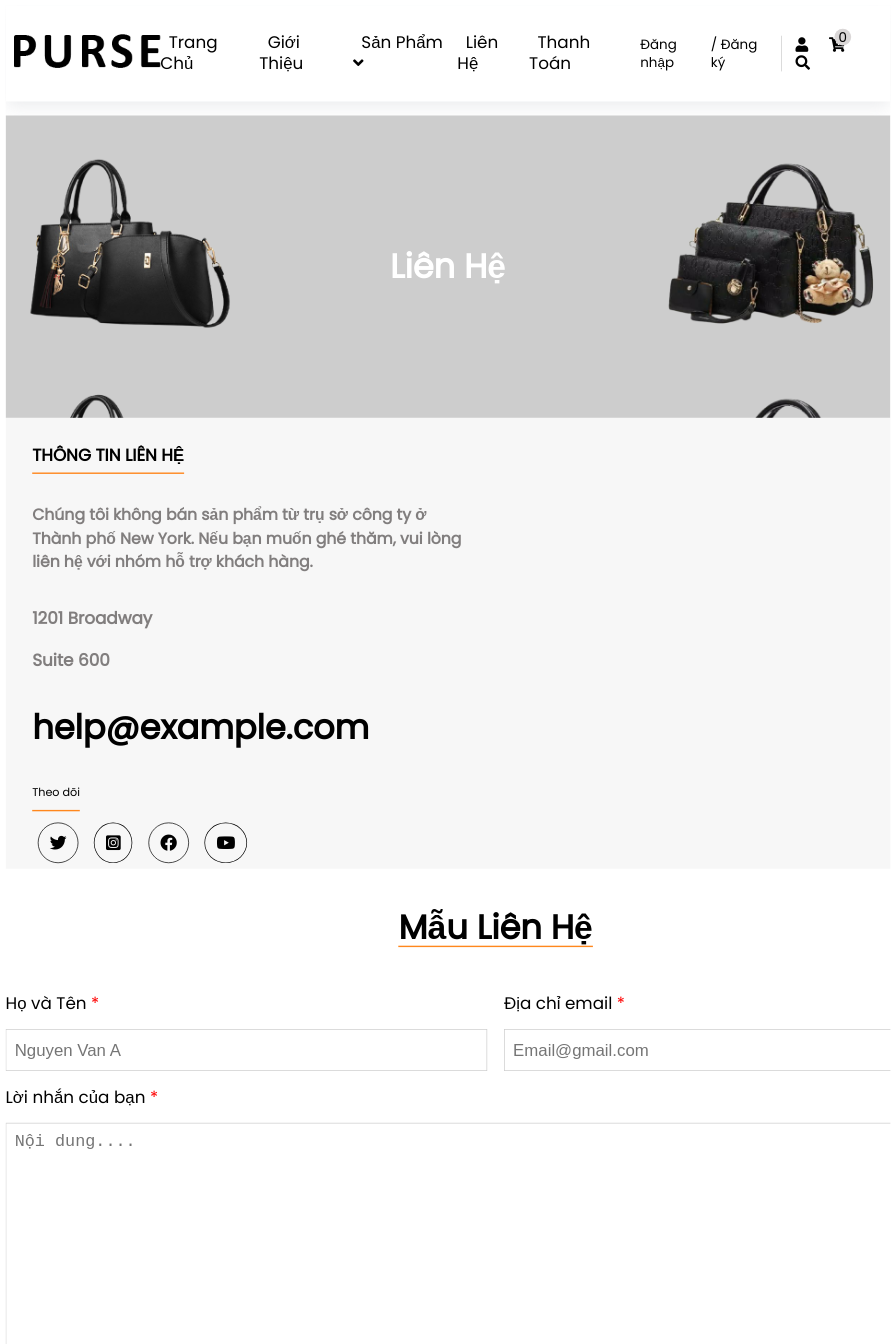
Repository: minh352623/project_firebase
Page: contact.html
The author's editor kept a copy of each file at every save. The page is drawn from the files as they stood at one save, then again after the next save.
The browser window is 1280 px wide. The pictures show the part of the page from y = 0 to 1920 px (the page is 2926 px tall before and 2952 px after), at 70% of full size.
Some web libraries are served in a nearby version.

Above is the page before, as saved 2022-05-12 20:03:02.

### contact.html
<!DOCTYPE html>
<html lang="en">

<head>
  <meta charset="UTF-8" />
  <meta http-equiv="X-UA-Compatible" content="IE=edge" />
  <meta name="viewport" content="width=device-width, initial-scale=1.0" />
  <link rel="icon" href="./assets/img/logo.webp">

  <link rel="stylesheet" href="https://cdnjs.cloudflare.com/ajax/libs/font-awesome/5.15.4/css/all.min.css"
    integrity="sha512-1ycn6IcaQQ40/MKBW2W4Rhis/DbILU74C1vSrLJxCq57o941Ym01SwNsOMqvEBFlcgUa6xLiPY/NS5R+E6ztJQ=="
    crossorigin="anonymous" referrerpolicy="no-referrer" />
  <link rel="preconnect" href="https://fonts.googleapis.com" />
  <link rel="preconnect" href="https://fonts.gstatic.com" crossorigin />
  <link href="https://fonts.googleapis.com/css2?family=Poppins&display=swap" rel="stylesheet" />
  <link rel="stylesheet" href="./assets/css/base.css" />
  <link rel="stylesheet" type="text/css" href="https://cdn.jsdelivr.net/npm/slick-carousel@1.8.1/slick/slick.css" />
  <link rel="stylesheet" href="./assets/css/main.css" />
  <link rel="stylesheet" href="./assets/css/contact.css">
  <link rel="stylesheet" href="./assets/css/reponsive.css">

  <title>Liên Hệ</title>
</head>

<body>
  <div class="app">
    <div class="header">
      <div class="navbar">
        <div class="icon-mobile-menu">
          <i class="fas fa-align-left"></i>
        </div>
        <div class="navbar-logo">
          <a href="#">
            <img src="./assets/img/logo.webp" alt="" />
          </a>
        </div>
        <div class="navbar-link ">
          <ul class="navbar-link-list">
            <li class="navbar-link-item mobile-hello"></li>

            <li><a href="trangchu.html" class="navbar-link-item">Trang Chủ</a></li>
            <li><a href="introduce.html" class="navbar-link-item">Giới Thiệu</a></li>
            <li class="link-hover">
              <a href="./product.html" class="navbar-link-item">Sản Phẩm<i class="fas fa-angle-down"></i></a>
              <ul class="product-selsect">
                <li><a href="">Yêu Thích</a></li>
                <li><a href="">Giảm Giá</a></li>
              </ul>
            </li>
            <li><a href="contact.html" class="navbar-link-item">Liên Hệ</a></li>
            <li><a href="" class="navbar-link-item">Thanh Toán</a></li>
            <li><a href="./register.html" class="navbar-link-item delete-log mobile-register">Đăng ký</a></li>
            <li><a href="./index.html" class="navbar-link-item delete-log mobile-login">Đăng nhập</a></li>
            <li><a href="./index.html" class="navbar-link-item mobile-exit">Thoát</a></li>
          </ul>
        </div>

        <div class="navbar-icon">
          <div class="navbar-log">
            <div class="log-in">
              <span>
                <a class="log-in-icon" href="./index.html">
                  Đăng nhập
                </a>
              </span>
            </div>
            <div class="register">
              <span class="register-char">/</span>
              <span><a class="register-icon" href="./register.html">Đăng ký</a></span>
            </div>
          </div>
          <div class="hello ">
            <span>Chào!</span>
            <span class="name-user "></span>
            <span>|</span>
            <a href="./index.html" class="exit">Thoát</a>
          </div>
          <div class="navbar-icon-list">
            <a href="./user.html " class="navbar-icon-item user-icon">
              <i class="fas fa-user"></i>
            </a>
            <span class="navbar-icon-item cart">
              <i class="fas fa-cart-plus"></i>
              <span class="quantity-item">0</span>

            </span>
            <span class="navbar-icon-item search">
              <i class="fas fa-search"></i>
            </span>
          </div>
        </div>
      </div>
    </div>

    <div class="main">
      <div class="contact-banner">
        <h2 class="contact-title">
          Liên Hệ
        </h2>
        <div class="contact-link none">
          <span>Trang chủ</span>
          <span>></span>
          <span>Liên hệ</span>

        </div>
      </div>
      <div class="contact-container">
        <div class="contact-top">
          <div class="contact-top__layout">
            <div class="contact-info">
              <h2 class="contact-info-border">THÔNG TIN LIÊN HỆ</h2>
              <p class="contact-content">Chúng tôi không bán sản phẩm từ trụ sở công ty
                ở Thành phố New York. Nếu bạn muốn ghé thăm, vui lòng liên hệ với nhóm hỗ trợ khách hàng.</p>
              <div>

                <p>1201 Broadway</p>
                <p> Suite 600</p>
              </div>
              <h2 class="contact-email">help@example.com</h2>
              <p class="contact-info-border">Theo dõi</p>

              <div class="contact-info__icon">
                <span class="contact-info__icon-tw">
                  <i class="fab fa-twitter"></i>
                </span>
                <span class="contact-info__icon-insta">
                  <i class="fab fa-instagram-square"></i>
                </span>
                <span class="contact-info__icon-face">
                  <i class="fab fa-facebook"></i>
                </span>
                <span class="contact-info__icon-youtube">
                  <i class="fab fa-youtube"></i>
                </span>
              </div>


            </div>
            <div class="contact-images none">
              <img src="./assets/img/contact/contact-bn2.png" alt="">
            </div>
          </div>

        </div>
        <div class="contact-form">
          <h1>Mẫu Liên Hệ</h1>
          <form class="contact-form-content">
            <div class="contact-form-content-top">
              <div class="contact-form-content-left">
                <div class="contact-form-content-item">
                  <p>Họ và Tên</p>
                  <span>*</span>
                </div>
                <input required type="text" placeholder="Nguyen Van A">
              </div>
              <div class="contact-form-content-right">
                <div class="contact-form-content-item">
                  <p>Địa chỉ email</p>
                  <span>*</span>
                </div>
                <input required type="email" placeholder="Email@gmail.com">
              </div>
            </div>
            <div class="contact-form-content-bot">
              <div class="contact-form-content-item">
                <p>Lời nhắn của bạn</p>
                <span>*</span>
              </div>
              <textarea required name="" id="" cols="50" rows="15" placeholder="Nội dung...."></textarea>
            </div>
            <div class="contact-form-content-btn">
              <button type="submit">GỬI</button>
            </div>

          </form>
        </div>

      </div>
      <div class="contact-instagram">
        <div class="contact-instagram-list">
          <div class="contact-instagram-list-item">
            <img src="./assets/img/contact/instagram1.webp" alt="">
            <div class="contact-instagram-list-item-hover">
              <i class="fab fa-instagram"></i>
            </div>
          </div>
          <div class="contact-instagram-list-item">
            <img src="./assets/img/contact/instagram2.webp" alt="">
            <div class="contact-instagram-list-item-hover">
              <i class="fab fa-instagram"></i>
            </div>
          </div>
          <div class="contact-instagram-list-item">
            <img src="./assets/img/contact/instagram3.webp" alt="">
            <div class="contact-instagram-list-item-hover">
              <i class="fab fa-instagram"></i>
            </div>
          </div>
          <div class="contact-instagram-list-item">
            <img src="./assets/img/contact/instagram4.webp" alt="">
            <div class="contact-instagram-list-item-hover">
              <i class="fab fa-instagram"></i>
            </div>
          </div>
          <div class="contact-instagram-list-item">
            <img src="./assets/img/contact/instagram5.webp" alt="">
            <div class="contact-instagram-list-item-hover">
              <i class="fab fa-instagram"></i>
            </div>
          </div>
          <div class="contact-instagram-list-item">
            <img src="./assets/img/contact/instagram6.webp" alt="">
            <div class="contact-instagram-list-item-hover">
              <i class="fab fa-instagram"></i>
            </div>
          </div>
          <div class="contact-instagram-list-item">
            <img src="./assets/img/contact/instagram7.webp" alt="">
            <div class="contact-instagram-list-item-hover">
              <i class="fab fa-instagram"></i>
            </div>
          </div>



        </div>


      </div>

    </div>

    <div class="footer">
      <div class="footer-content">
        <div class="footer-content-item">
          <div class="footer-content-img">
            <img src="./assets/img/logo.webp" alt="">
          </div>
          <p>Đơn giản tinh tế cho tâm trí độc lập</p>
          <div class="footer-content-icon">
            <a href="#"><i class="fab fa-twitter"></i></a>
            <a href="#"><i class="fab fa-facebook"></i></a>

            <a href="#"><i class="fab fa-instagram-square"></i></a>

          </div>
        </div>
        <div class="footer-content-item">
          <div class="footer-content-item-title">
            <span>Trợ Giúp & Thông Tin</span>
            <ul class="footer-content-item-list">
              <li>Hướng dẫn mua hàng</li>
              <li>Hướng dẫn thanh toán</li>
              <li>Chính sách bảo hành</li>
              <li>Chính sách đổi trả</li>
              <li>Tư vấn khách hàng</li>
            </ul>
          </div>
        </div>
        <div class="footer-content-item">
          <div class="footer-content-item-title">
            <span>Về Chúng Tôi</span>
            <ul class="footer-content-item-list">
              <li>Giới thiệu</li>
              <li>Tin khuyến mãi</li>
              <li>Liên hệ</li>
              <li>Địa chỉ cửa hàng</li>
              <li>Chính sách bảo mật </li>
            </ul>
          </div>
        </div>
        <div class="footer-content-item">
          <div class="footer-content-item-title">
            <span>Hỗ trợ khách hàng</span>
            <ul class="footer-content-item-list">
              <li>Tài khoản</li>
              <li>Giỏ hàng</li>
              <li>Thanh toán</li>
              <li>Kiểm tra đơn hàng</li>
              <li>Cảm nhận khách hàng</li>
            </ul>
          </div>
        </div>

      </div>



    </div>
  </div>
  <div class="model-cart ">
    <div class="cart-container">
      <div class="cart-top">
        <div class="clear cart-top-close">
          <i class="fas fa-times"></i>
        </div>
        <div class="cart-top-title">
          <span>Giỏ Hàng</span>
        </div>
        <div class="cart-top-quantity">
          <span>1</span>
        </div>

      </div>

      <div class="array-empty"></div>
      <div class="cart-center">
      </div>

      <div class="cart-bottom">
        <div class="cart-bottom-price">
          <span>Tổng tiền:</span>
          <span class="total-price">0</span>
        </div>

        <div class="cart-bottom-btn">
          <a href="#"> <button>Xem giỏ hàng</button></a>
          <a href="#"> <button>Thanh toán</button></a>

        </div>
      </div>
    </div>

  </div>

  <script type="text/javascript" src="https://code.jquery.com/jquery-1.11.0.min.js"></script>
  <script type="text/javascript" src="https://code.jquery.com/jquery-migrate-1.2.1.min.js"></script>
  <script type="text/javascript" src="https://cdn.jsdelivr.net/npm/slick-carousel@1.8.1/slick/slick.min.js"></script>
  <script src="./js/slick.js"></script>
  <script src="./js/main.js" type="module"></script>
  <script src="./js/user.js"></script>

</body>

</html>

### assets/css/base.css
:root{
    --background-main:#e4e4e4;
    --hover-color:#ff871d ;
    --white-color:#fff;
    --text-color: #000;

}

*{
    box-sizing:  border-box;
}

html{
    /* 16px */
    font-size: 100%;
    line-height: 1.6rem;
    font-family: 'Poppins', sans-serif;
    scroll-behavior: smooth;
}

### assets/css/contact.css
.contact-banner{
    background-image: url('../img/contact/contact-bn1.png');
    background-size: contain;
    height: 60vh;
    display: flex;
    flex-direction: column;
    justify-content: center;
    align-items: center;
}

.contact-title {
    color: #fff;
    font-size: 3rem;
}
.contact-link {
    font-size: 1.5rem;
    color: #fff;


}
.contact-container{
    margin-top: 50px;
    width: 1400px;
    margin: 0 auto;
}
.contact-top{
    display: flex;
    justify-content: center;
}
.contact-top__layout{
    display: grid;
    grid-template-columns: 1fr 1fr;
    background-color: #f7f7f7;
    padding: 8px;
}
.contact-info{
    padding: 0 30px;
    display: flex;
    flex-direction: column;
    justify-content: space-between;

}

.contact-images img{
    width: 100%;
    height: 100%;
    object-fit: cover;
}
.contact-info >div,
.contact-content{
    font-weight: 600;
    color: rgb(129, 126, 126);
    font-size: 1.5rem;
    line-height: 1.5;

}
.contact-email{
    font-size: 3rem;
}
.contact-info > p:nth-child(2){
    font-size: 1.4rem;
}


.contact-info__icon i{
    margin: 0 8px;
    padding: 16px;
    border: 1px solid #000;
    border-radius:50%;
    color: #000;
    cursor: pointer;

}
.contact-info__icon i:hover{
    background-color: var(--hover-color);
    color: var(--white-color)
}
.contact-form h1,
.contact-info-border{
    border-bottom: 2px solid #ff871d;
    display: inline;
    width: fit-content;
    padding: 12px 0;
}

.contact-form{
    display: flex;
    flex-direction: column;
    margin: 48px 0;
}
.contact-form h1{
    text-align: center;
    margin: 12px auto;
    font-size:3rem;
}
.contact-form-content{
    margin: 32px 0;
    font-size: 1.5rem;
}
.contact-form-content-top{
    display: grid;
    grid-template-columns: 1fr 1fr;
    grid-gap: 0 24px;
}

.contact-form-content-right input,
.contact-form-content-left input{
    width: 100%;
    height: 60px;
    font-size: 1.5rem;
    padding: 12px;
    border:1px solid #ccc;
}

.contact-form-content-bot textarea{
    width: 100%;
    resize: none;
    font-size: 1.5rem;
    padding: 12px;
    border-color: #ccc;

}
.contact-form-content-item p{
  display: inline-block;
}
.contact-form-content-item span{
    color: red;
    font-size: 1.5rem;
}

.contact-form-content-btn{
    text-align: center;
    padding: 12px;

}
.contact-form-content-btn button{
    width: 250px;
    height: 70px;
    font-size: 1.5rem;
    color: var(--white-color);
    background-color: var(--text-color);
    letter-spacing: 4px;
    cursor: pointer;
}
.contact-form-content-btn button:hover{
    background-color: var(--hover-color);
    border: 0;
}


.contact-instagram-list-item{
    position: relative;
    display: grid;
    grid-template-columns: repeat(4, 1fr);
    overflow: hidden;
}
.contact-instagram-list-item img{
    width: 100%;
    transition: all 0.6s ease;
    object-fit: cover;
}
.contact-instagram-list-item-hover{
    position: absolute;
    top: 0;
    left: 0;
    bottom: 0;
    right: 0;
    display: flex;
    justify-content: center;
    align-items: center;
    color: var(--white-color);
    font-size: 3rem;
    background-color: rgba(0, 0, 0, 0.6);
    visibility: hidden;
    opacity: 0;
    transition: all 1s ease;

}
.contact-instagram-list-item:hover img {
    transform: scale(1.2);
}

.contact-instagram-list-item:hover .contact-instagram-list-item-hover{
 visibility: visible;
 opacity: 1;

}
.user-icon{
    text-decoration: none;
    color: #000;
}

### assets/css/reponsive.css

@media (min-width: 740px) and (max-width: 1023px){

}
/* mobile */
@media  (max-width: 739px){
    .navbar-logo img {
        width: 75px;
    }
    .search {
        display: none;
    }
    .navbar-link {
        position: fixed;
        background-color: rgba(0, 0, 0, 0.4);
        z-index: 999;
        top: 0;
        bottom: 0;
        right: 0;
        left: 0;
        visibility: hidden;


    }
    .navbar-link.active{
        visibility: visible;
    }
    .navbar-link.active .navbar-link-list{
        transform: translateX(0);
        opacity: 1;
    }
    .navbar-link-list{
        position: absolute;
        background-color: #fff;
        top: 0;
        left: 0;
        bottom: 0;
        flex-direction: column;
        margin-top: 0;
        box-shadow: rgba(149, 157, 165, 0.2) 0px 8px 24px;
        width: 300px;
        transform: translateX(-100%);
        opacity: 0;
        transition: all 0.5s ease;
    }
    .navbar-link-list li{


        border-bottom: 0.5px solid #999;
    }

    .navbar-link-list li a{
        text-align: left;

        padding: 8px;
        margin: 20px 0;
        display: flex;
        font-size: 1.2rem;
        text-transform: uppercase;
    }
    .navbar-log{
        display: none;
    }
    .icon-mobile-menu {
        display: block;
        margin-right: 50px;
    }
    .main-banner{
        grid-template-columns: repeat(1,1fr);
        grid-gap:12px 0
    }
    .main-conent{
        display: none;
    }
    .main-product {
        grid-template-columns: repeat(1,1fr);
        overflow-y: auto;
    }
    .main-time{
        display: none;
    }
    .none{
        display: none;
    }
    .main-blog-list{
        grid-template-columns: 1fr;
    }
    .footer-content{
        grid-template-columns: repeat(1,1fr);
    }


    /* Introduce */
    .contact-banner{
        background-repeat: no-repeat;
        height: 100px;
        width: 100%;
        background-size: cover;
    }
    .contact-title{
        font-size: 1rem;


    }
    .main-content{
        width: 100%;
    }
    .main-content-text{
        padding: 0;
    }
    .main-content-item{
        grid-template-columns: repeat(1,1fr);
    }
    .main-content .main-content-item:nth-child(2){
        display: flex;
        flex-direction: column-reverse;
    }

    .page-product{
        grid-template-columns: repeat(2 ,1fr);
    }
    .contact-top__layout{
    display: grid;
    grid-template-columns: repeat(1,1fr);
    grid-gap:12px 0

    }
    .contact-container{
        width: 100%;
    }
    .contact-top{
        margin-top: 12px;
        width: fit-content;
    }
    .contact-top__layout,
    .contact-info{
        padding: 0;
    }
    .contact-form-content{
        display: grid;
        grid-template-columns: repeat(1,1fr);
    }
    .contact-form-content-top{
        grid-template-columns: repeat(1,1fr);
    }
    .cart-container{
        width: 80%;
    }


    /* login */
    .main{
        width: 100%;
    }
    .main-login form{
        grid-template-columns: repeat(1, 1fr);
    }
    .main-login{
        width: 100%;
        margin: 0;
    }

    .main-login-item input{
        width: 100%;
    }
    .main-register,
    .mess{
        width: 100%;
    }
    .main-register form{
        grid-template-columns: repeat(1,1fr);
    }
    .main-register-item input{
        width: 100%;
    }
    .hello{
        display: none;
    }
    .mobile-heollo,
    .delete-log,
    .mobile-exit{
        display: block;
    }
}

Loaded but not shown: js/main.js (210 lines, source omitted); js/data.js (167 lines, source omitted); js/user.js (50 lines, source omitted); js/slick.js (33 lines, source omitted); assets/css/main.css (642 lines, source omitted)

After the next save:
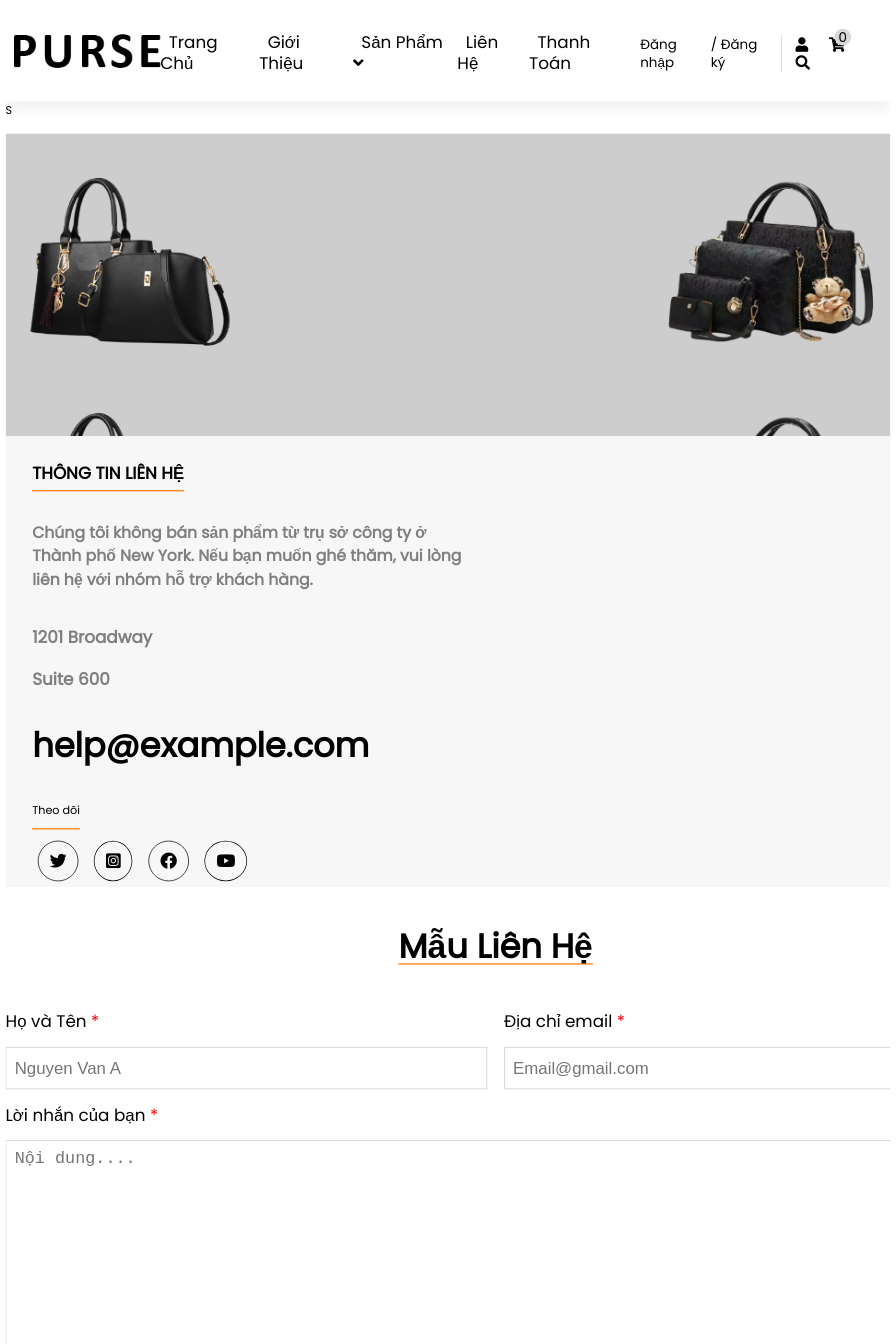
Saved 17 s later.
--- a/contact.html
+++ b/contact.html
@@ -72,7 +72,7 @@
           <div class="hello ">
             <span>Chào!</span>
             <span class="name-user "></span>
-            <span>|</span>
+            <span class="S">|</span>
             <a href="./index.html" class="exit">Thoát</a>
           </div>
           <div class="navbar-icon-list">
@@ -90,11 +90,11 @@
           </div>
         </div>
       </div>
-    </div>
+    </div>S
 
     <div class="main">
       <div class="contact-banner">
-        <h2 class="contact-title">
+        <h2 class="contact-title"
           Liên Hệ
         </h2>
         <div class="contact-link none">
